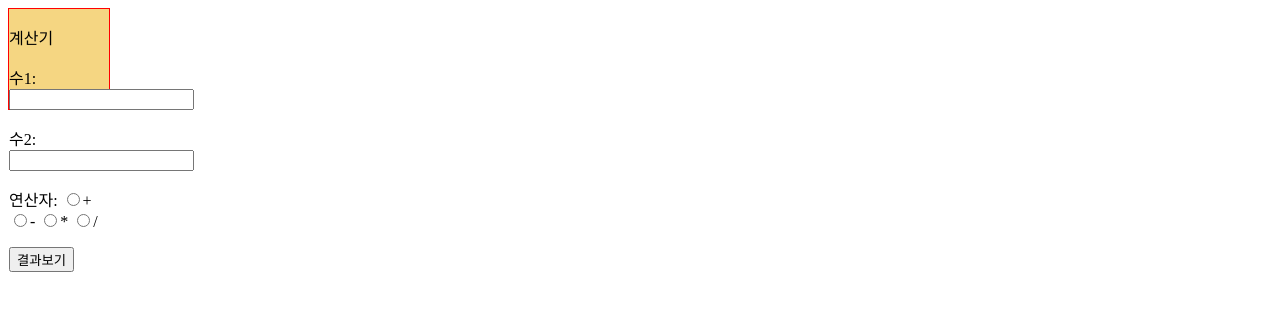
Repository: Kebiskim/2023_jspStudy
Page: 01_servlet/src/main/webapp/view/Ex07.html
An editor plug-in stored every save of this project. The page is shown before and after the next save, followed by the edit.
The browser window is 1280 px wide. The pictures show the whole page.

Above is the page before, as saved 2023-06-30 04:09:16.

After the next save:
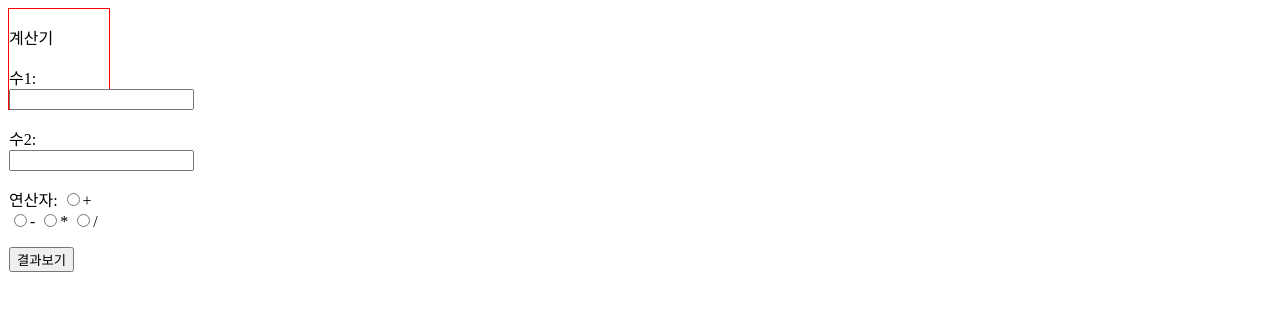
Saved 24 s later.
--- a/01_servlet/src/main/webapp/view/Ex07.html
+++ b/01_servlet/src/main/webapp/view/Ex07.html
@@ -7,7 +7,7 @@
 	#border1{
 	  width : 100px;
 	  height: 100px;
-	  background-color: #f5d682;
+	  background-color: #gray;
 	  border: 1px solid red;
 	}
 </style>
